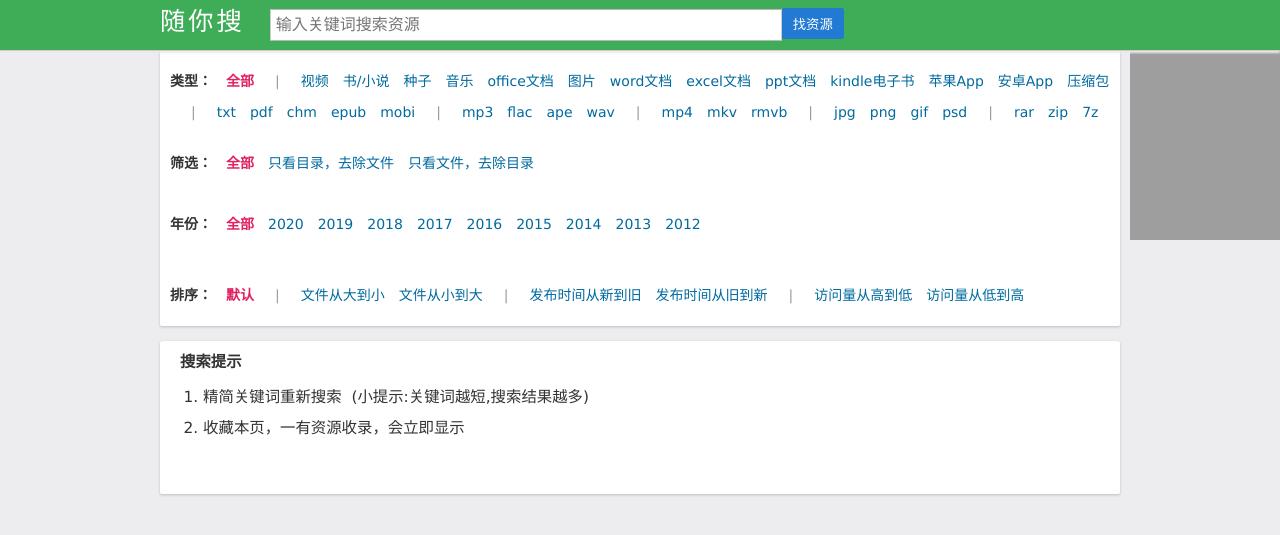
Repository: youngsailsail/nodeStudy
Page: / (app in 爬虫/前端vue/search-book/)
The author's editor kept a copy of each file at every save. The page is drawn from the files as they stood at one save, then again after the next save.
The browser window is 1280 px wide. The pictures show the whole page.
Pictures or frames that could not be fetched are drawn as grey boxes. The project was rebuilt for these pictures with package versions that can differ from the ones it lists, and the page was loaded fresh each time. Also part of the build but not shown: 爬虫/前端vue/search-book/vue.config.js.

Above is the page before, as saved 2020-05-09 22:40:42.

### 爬虫/前端vue/search-book/src/App.vue
<template>
  <div id="app">
    <Search />
    <FilterBook />
    <List />
  </div>
</template>

<script>
import Search from "./components/Search.vue";
import FilterBook from "./components/FilterBook.vue";
import List from "./components/List.vue";

export default {
  name: "App",
  components: {
    Search,
    FilterBook,
    List
  }
};
</script>

<style>
@import "./assets/css/screen.css";
@import "./assets/css/app.css";
</style>

### 爬虫/前端vue/search-book/src/assets/css/screen.css
/* reset.css */
html {margin:0;padding:0;border:0;}
body, div, span, object, iframe, h1, h2, h3, h4, h5, h6, p, blockquote, pre, a, abbr, acronym, address, code, del, dfn, em, img, q, dl, dt, dd, ol, ul, li, fieldset, form, label, legend, table, caption, tbody, tfoot, thead, tr, th, td, article, aside, dialog, figure, footer, header, hgroup, nav, section {margin:0;padding:0;border:0;font-size:100%;font:inherit;vertical-align:baseline;}
body {line-height:1.5;background:white;}
table {border-collapse:separate;border-spacing:0;}
caption, th, td {text-align:left;font-weight:normal;float:none !important;}
table, th, td {vertical-align:middle;}
blockquote:before, blockquote:after, q:before, q:after {content:'';}
blockquote, q {quotes:"" "";}
a img {border:none;}
:focus {outline:0;}

/* typography.css */
html {font-size:100.01%;}
body {font-size:75%;color:#222;background:#fff;font-family:"Helvetica Neue", Arial, Helvetica, sans-serif;}
a {color:#336699;text-decoration:none;}
a:focus, a:hover {color:#fff;background-color:#336699;}
h1, h2, h3, h4, h5, h6 {font-weight:normal;color:#111;}
h1 {font-size:3em;line-height:1;margin-bottom:0.5em;}
h2 {font-size:2em;margin-bottom:0.75em;}
h3 {font-size:1.5em;line-height:1;margin-bottom:1em;}
h4 {font-size:1.2em;line-height:1.25;margin-bottom:1.25em;}
h5 {font-size:1em;font-weight:bold;margin-bottom:1.5em;}
h6 {font-size:1em;font-weight:bold;}
h1 img, h2 img, h3 img, h4 img, h5 img, h6 img {margin:0;}
p {margin:0 0 1.5em;}
p .left {margin:1.5em 1.5em 1.5em 0;padding:0;}
p .right {margin:1.5em 0 1.5em 1.5em;padding:0;}
img.left {float:left;margin:1.5em 1.5em 1.5em 0;padding:0;}
img.right {float:right;margin:1.5em 0 1.5em 1.5em;}
blockquote {margin:1.5em;color:#666;font-style:italic;}
strong,dfn {font-weight:bold;}
em, dfn {font-style:italic;}
sup, sub {line-height:0;}
abbr, acronym {border-bottom:1px dotted #666;}
address {margin:0 0 1.5em;font-style:italic;}
del {color:#666;}
pre {margin:1.5em 0;white-space:pre;}
pre, code, tt {font:1em 'andale mono', 'lucida console', monospace;line-height:1.5;}
li ul, li ol {margin:0;}
ul, ol {margin:0;}
ul {list-style-type:disc;}
ol {list-style-type:decimal;}
dl {margin:0 0 1.5em 0;}
dl dt {font-weight:bold;}
dd {margin-left:1.5em;}
table {width:100%;}
th {font-weight:bold;}
thead th {background:#c3d9ff;}
th, td, caption {padding:4px 10px 4px 5px;}
tr.even td {background:#e5ecf9;}
tfoot {font-style:italic;}
caption {background:#eee;}

/* forms.css */
label {font-weight:bold;}
fieldset {padding:0 1.4em 1.4em 1.4em;margin:0 0 1.5em 0;border:1px solid #e0e0e0;}
legend {font-weight:bold;font-size:1.2em;margin-top:-0.2em;margin-bottom:1em;}
fieldset, #IE8#HACK {padding-top:1.4em;}
legend, #IE8#HACK {margin-top:0;margin-bottom:0;}
input[type=text], input[type=password], input[type=url], input[type=email], input.text, input.title, textarea {background-color:#fff;border:1px solid #e0e0e0;color:#000;}
input[type=text]:focus, input[type=password]:focus, input[type=url]:focus, input[type=email]:focus, input.text:focus, input.title:focus, textarea:focus {border-color:#7FB9F8;}
select {background-color:#fff;border-width:1px;border-style:solid;}
input[type=text], input[type=password], input[type=url], input[type=email], input.text, input.title, textarea, select {margin:0.5em 0;}
textarea.text, textarea.title input.text, input.title {width:300px;padding:5px;}
textarea.title, input.title {font-size:1.5em;}
textarea {width:390px;height:250px;padding:5px;}
form.inline {line-height:3;}
form.inline p {margin-bottom:0;}

/* grid.css */
.container {width:990px;margin:0 auto;}
.column, div.span-1, div.span-2, div.span-3, div.span-4, div.span-5, div.span-6, div.span-7, div.span-8, div.span-9, div.span-10, div.span-11, div.span-12, div.span-13, div.span-14, div.span-15, div.span-16, div.span-17, div.span-18, div.span-19, div.span-20, div.span-21, div.span-22, div.span-23, div.span-24 {float:left;}
.last, div.last {margin:0 0 0 10px;}
.span-1 {width:50px;}
.span-2 {width:90px;}
.span-3 {width:130px;}
.span-4 {width:185px;}
.span-5 {width:210px;}
.span-6 {width:260px;}
.span-7 {width:290px;}
.span-8 {width:330px;}
.span-9 {width:370px;}
.span-10 {width:410px;}
.span-11 {width:435px;}
.span-12 {width:480px;}
.span-13 {width:515px;}
.span-14 {width:555px;}
.span-15 {width:595px;}
.span-16 {width:635px;}
.span-17 {width:675px;}
.span-18 {width:720px;}
.span-19 {width:770px;}
.span-20 {width:795px;}
.span-21 {width:835px;}
.span-22 {width:875px;}
.span-23 {width:915px;}
.span-24, div.span-24 {width:990px;margin:0;}
hr {background:#ddd;color:#ddd;clear:both;float:none;width:100%;height:.1em;margin:0 0 1.45em;border:none;}
hr.space {background:#fff;color:#fff;}
.container:after {content:"\0020";display:block;height:0;clear:both;visibility:hidden;overflow:hidden;}
.container {display:block;}

### 爬虫/前端vue/search-book/src/components/Search.vue
<template>
  <div class="top-fix-nav">
    <div class="container no-c-border">
      <span class="name">
        <a href="http://www.rufengso.net/">随你搜</a>
      </span>
      <form style="display:inline" @submit.prevent="submit">
        <input
          placeholder="输入关键词搜索资源"
          autocomplete="off"
          maxlength="255"
          type="text"
          class="title"
          name="n"
          v-model="searchTxt"
        />
        <input type="submit" class="s_btn" value="找资源" />
        <!-- <input type="checkbox" id="close_sug" class="sep-left1" checked="checked" />
        <span class="white small2">关闭搜索提示</span>-->
      </form>
    </div>
  </div>
</template>
<script>
import { mapActions } from "vuex";
export default {
  data() {
    return {
      searchTxt: ""
    };
  },
  methods: {
    ...mapActions(["getListData"]),
    submit(e) {
      if (!this.searchTxt) {
        alert("请先输入资源名称");
        return;
      }
      const query = {
        n: this.searchTxt,
        isSearch: true
      };
      this.getListData(query);
    }
  }
};
</script>

### 爬虫/前端vue/search-book/src/components/FilterBook.vue
<template>
  <div class="container sep15-">
    <div class="iframe">
      <iframe height="230" width="150" src="https://www.ximalaya.com/thirdparty/player/album/player.html?id=13507836&type=red" frameborder=0 allowfullscreen></iframe>
    </div>
    <div class="search-toolbox">
      <div class="sep sep1">
        <b>类型：</b>
        <a class="on sep1 isAll" rel="nofollow" data="f-">全部</a>
        <span class="sep">|</span>
        <a rel="nofollow" data="f-f4" title="搜索文件类型：mp4 mkv rmvb avi flv vob mpg">视频</a>
        <a rel="nofollow" data="f-f2" title="搜索文件类型：txt pdf chm rtf epub mobi azw azw3 kfx">书/小说</a>
        <a rel="nofollow" data="f-f5" title="搜索文件类型：torrent">种子</a>
        <a rel="nofollow" data="f-f3" title="搜索文件类型：mp3 flac ape wav">音乐</a>
        <a rel="nofollow" data="f-f1" title="搜索文件类型：doc docx xls xlsx ppt pptx wps">office文档</a>
        <a rel="nofollow" data="f-f6" title="搜索文件类型：jpg jpeg png gif bmp">图片</a>
        <a rel="nofollow" data="f-f7" title="搜索文件类型：doc docx">word文档</a>
        <a rel="nofollow" data="f-f8" title="搜索文件类型：xls xlsx">excel文档</a>
        <a rel="nofollow" data="f-f9" title="搜索文件类型：ppt pptx">ppt文档</a>
        <a rel="nofollow" data="f-f10" title="搜索文件类型：mobi azw azw3 kfx">kindle电子书</a>
        <a rel="nofollow" data="f-f11" title="搜索文件类型：ipa">苹果App</a>
        <a rel="nofollow" data="f-f12" title="搜索文件类型：apk">安卓App</a>
        <a rel="nofollow" data="f-f13" title="搜索文件类型：zip rar 7z gzip tar gz bz2">压缩包</a>
        <span class="sep">|</span>
        <a rel="nofollow" data="f-txt">txt</a>
        <a rel="nofollow" data="f-pdf">pdf</a>
        <a rel="nofollow" data="f-chm">chm</a>
        <a rel="nofollow" data="f-epub">epub</a>
        <a rel="nofollow" data="f-mobi">mobi</a>
        <span class="sep">|</span>
        <a rel="nofollow" data="f-mp3">mp3</a>
        <a rel="nofollow" data="f-flac">flac</a>
        <a rel="nofollow" data="f-ape">ape</a>
        <a rel="nofollow" data="f-wav">wav</a>
        <span class="sep">|</span>
        <a rel="nofollow" data="f-mp4">mp4</a>
        <a rel="nofollow" data="f-mkv">mkv</a>
        <a rel="nofollow" data="f-rmvb">rmvb</a>
        <span class="sep">|</span>
        <a rel="nofollow" data="f-jpg">jpg</a>
        <a rel="nofollow" data="f-png">png</a>
        <a rel="nofollow" data="f-gif">gif</a>
        <a rel="nofollow" data="f-psd">psd</a>
        <span class="sep">|</span>
        <a rel="nofollow" data="f-rar">rar</a>
        <a rel="nofollow" data="f-zip">zip</a>
        <a rel="nofollow" data="f-7z">7z</a>
      </div>
      <div class="sep sep2">
        <b>筛选：</b>
        <a class="on sep2 isAll" rel="nofollow" data="nd-">全部</a>
        <a rel="nofollow" data="nd-d">只看目录，去除文件</a>
        <a rel="nofollow" data="nd-f">只看文件，去除目录</a>
      </div>
      <div class="sep sep3">
        <b>年份：</b>
        <a class="on sep3 isAll" rel="nofollow" data="y-" title="只看全部年分享的资源">全部</a>
        <a rel="nofollow" data="y-2020" title="只看2020年分享的资源">2020</a>
        <a rel="nofollow" data="y-2019" title="只看2019年分享的资源">2019</a>
        <a rel="nofollow" data="y-2018" title="只看2018年分享的资源">2018</a>
        <a rel="nofollow" data="y-2017" title="只看2017年分享的资源">2017</a>
        <a rel="nofollow" data="y-2016" title="只看2016年分享的资源">2016</a>
        <a rel="nofollow" data="y-2015" title="只看2015年分享的资源">2015</a>
        <a rel="nofollow" data="y-2014" title="只看2014年分享的资源">2014</a>
        <a rel="nofollow" data="y-2013" title="只看2013年分享的资源">2013</a>
        <a rel="nofollow" data="y-2012" title="只看2012年分享的资源">2012</a>
      </div>
      <div class="sep sep4">
        <b>排序：</b>
        <a class="on sep4 isAll" rel="nofollow" data="s-" isAll>默认</a>
        <span class="sep">|</span>
        <a rel="nofollow" data="s-size1">文件从大到小</a>
        <a rel="nofollow" data="s-size2">文件从小到大</a>
        <span class="sep">|</span>
        <a rel="nofollow" data="s-feedtime1">发布时间从新到旧</a>
        <a rel="nofollow" data="s-feedtime2">发布时间从旧到新</a>
        <span class="sep">|</span>
        <a rel="nofollow" data="s-vcnt1">访问量从高到低</a>
        <a rel="nofollow" data="s-vcnt2">访问量从低到高</a>
      </div>
    </div>
  </div>
</template>
<script>
import { mapState, mapActions, mapMutations } from "vuex";
export default {
  data() {
    return {
      queryObj: {}
    };
  },
  computed: {
    ...mapState(["listData"])
  },
  mounted() {
    let that = this;
    document.querySelectorAll(".search-toolbox a").forEach(element => {
      element.addEventListener("click", function() {
        let parentClass = this.parentNode.classList[1];
        let selectClass = `.on.${parentClass}`;
        if (document.querySelector(selectClass)) {
          document
            .querySelector(selectClass)
            .classList.remove("on", parentClass);
        }
        this.classList.add("on", parentClass);
        let [key, val] = this.getAttribute("data").split("-");
        that.queryObj = {
          ...that.queryObj,
          [key]: val
        };
        that.getData();
      });
    });
  },
  watch: {
    listData(newVal, oldVal) {
      if (!newVal) return;
      const { isSearch } = newVal;
      if (isSearch) {
        this.queryObj = {};
        this.setQueryObj({});
        this.$forceUpdate();
        document.querySelectorAll("a.on").forEach(element => {
          let parentClass = element.parentNode.classList[1];
          element.classList.remove("on", parentClass);
        });
        document.querySelectorAll("a.isAll").forEach(element => {
          let parentClass = element.parentNode.classList[1];
          element.classList.add("on", parentClass);
        });
      }
    }
  },
  methods: {
    ...mapActions(["getListData"]),
    ...mapMutations(["setQueryObj"]),
    getData() {
      let query = {
        n: this.listData.bookName,
        isFilter: true,
        ...this.queryObj
      };
      this.setQueryObj(query);
      if (!this.listData.bookName) return;
      this.getListData(query);
    }
  }
};
</script>
<style lang="scss" scoped>
.container {
  position: relative;
}
.iframe {
  position: absolute;
  right: -160px;
  top: 10px;
}
.container {
  padding-top: 51px;
}
.search-toolbox a {
  cursor: pointer;
  text-decoration: none;
}
</style>

### 爬虫/前端vue/search-book/src/components/List.vue
<template>
  <div class="container" v-if="listData">
    <div class="search-page">
      <div v-if="listData.bookName">
        随你搜为您找到
        <h1 class="inline">
          <span class="red sep-both05 bold">{{listData.bookName}}</span>相关的网盘资源
        </h1>
        <span class="red sep-both05 bold">{{listData.count}}</span>条
      </div>
      <div class="row" style="background-color: white;" v-for="(item,index) in listData.list" :key="index">
        <h3>
          <a @click="toDetail(item)" :title="item.title" @click.prevent="getSource(item)" class="box-title">
            <span class="highlight">{{item.title}}</span>
          </a>
        </h3>
        <p>
          <img :title="item.type" width="16" height="16" :src="item.src" />&nbsp;&nbsp;
          <span class="size">{{item.size}}</span>
          <span class="small">由{{item.author}} &nbsp; ---- &nbsp;于{{item.date}}发布</span>
        </p>
      </div>
      <div class="page-list" v-if="listData.bookName && listData.count">
        <button title="上一页" :disabled="currentPage==1" @click.prevent="toGetData(currentPage-1)">上一页</button>
        <span class="current">&nbsp;&nbsp;第{{currentPage}}页&nbsp;&nbsp;</span>
        <button title="下一页" :disabled="currentPage==pageCount" @click.prevent="toGetData(currentPage+1)">下一页</button>&nbsp;
        <a v-show="pageCount>1&&currentPage<pageCount" title="尾页" @click.prevent="toGetData(pageCount)">尾页</a>
        <a v-show="pageCount>1&&currentPage==pageCount" title="首页" @click.prevent="toGetData(1)">首页</a>
        <br />跳页&nbsp;
        <input name="custompage" class="custompage" title="输入页码，按回车快速跳转" type="number" v-model.trim="size" @keydown.enter="toGetData(size)" :max="pageCount" :min="1" /> &nbsp;/{{pageCount}}页&nbsp;&nbsp;
        <span class="pcount">共{{pageCount}}页&nbsp;&nbsp;</span>
        <span class="total">{{listData.count}}项&nbsp;&nbsp;</span>&nbsp;&nbsp;
        <span v-if="size>pageCount" class="highlight">输入值最大为{{pageCount}}</span>
      </div>
      <div class="search-page" v-else>
        <div class="sep large" style="padding-top:10px">
          <b>搜索提示</b>
          <ol>
            <li>精简关键词重新搜索&nbsp;&nbsp;(小提示:关键词越短,搜索结果越多)</li>
            <li>收藏本页，一有资源收录，会立即显示</li>
          </ol>
        </div>
        <br class="bothall" />
      </div>
    </div>
    <div style="margin-top:30px"></div>
  </div>
</template>
<script>
import { mapState, mapActions } from "vuex";
export default {
  data() {
    return {
      currentPage: 1,
      size: 1,
      source: null
    };
  },
  computed: {
    ...mapState(["listData", "queryObj"]),
    pageCount() {
      return Math.ceil(this.listData.count / 30);
    }
  },
  methods: {
    ...mapActions(["getListData"]),
    toGetData(index) {
      if (index > this.pageCount) {
        return;
      }
      this.currentPage = index;
      if (!this.listData.bookName) return;
      const query = {
        ...this.queryObj,
        n: this.listData.bookName,
        pageIndex: index,
        isFilter: false
      };
      this.getListData(query);
    },
    async toDetail(item) {
      let { url } = await this.$api.get("/getBookUrl", {
        params: {
          href: item.href
        }
      });
      var arg =
        '\u003cscript\u003elocation.replace("' + url + '")\u003c/script\u003e';
      window.open("javascript:window.name;", arg);
    }
    // cancel() {
    //   this.source.cancel("这里你可以输出一些信息，可以在catch中拿到");
    // }
  },
  watch: {
    listData(newVal, oldVal) {
      if (!newVal) return;
      const { isFilter, isSearch } = newVal;
      if (isFilter || isSearch) {
        this.currentPage = 1;
        this.size = 1;
      }
    }
  }
};
</script>
<style lang="scss" scoped>
.activeBtn {
  background-color: #227ad3;
  color: white;
}
.page-list {
  a {
    text-decoration: none;
    cursor: pointer;
  }
}
.custompage {
  padding-left: 5px;
  width: 50px;
  text-align: center;
}
.small {
  margin-left: 20px;
}
.box-title {
  cursor: pointer;
  width: 80%;
  display: inline-block;
  overflow: hidden; //超出的文本隐藏
  text-overflow: ellipsis; //溢出用省略号显示
  white-space: nowrap;
}
</style>

Loaded but not shown: 爬虫/前端vue/search-book/public/index.html (common file); 爬虫/前端vue/search-book/src/util/http.js (53 lines, source omitted); 爬虫/前端vue/search-book/src/store/index.js (39 lines, source omitted); 爬虫/前端vue/search-book/src/main.js (11 lines, source omitted); 爬虫/前端vue/search-book/src/assets/css/app.css (1467 lines, source omitted)

After the next save:
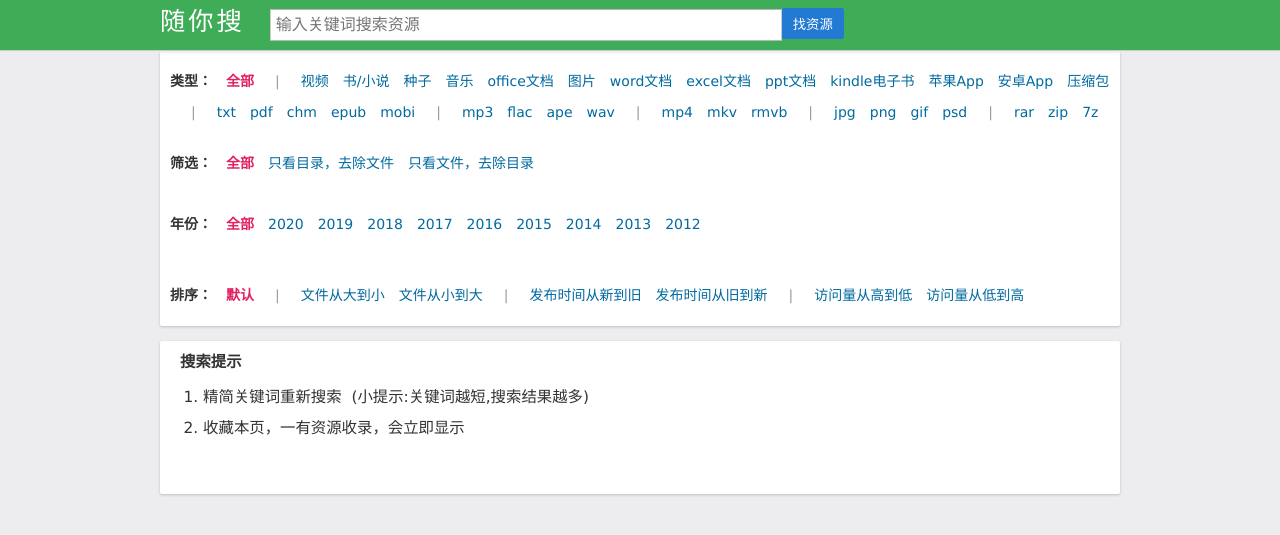
Saved 82 s later.
--- a/爬虫/前端vue/search-book/src/components/FilterBook.vue
+++ b/爬虫/前端vue/search-book/src/components/FilterBook.vue
@@ -153,9 +153,9 @@ export default {
   position: relative;
 }
 .iframe {
-  position: absolute;
+  position: fixed;
   right: -160px;
-  top: 10px;
+  top: 60px;
 }
 .container {
   padding-top: 51px;
